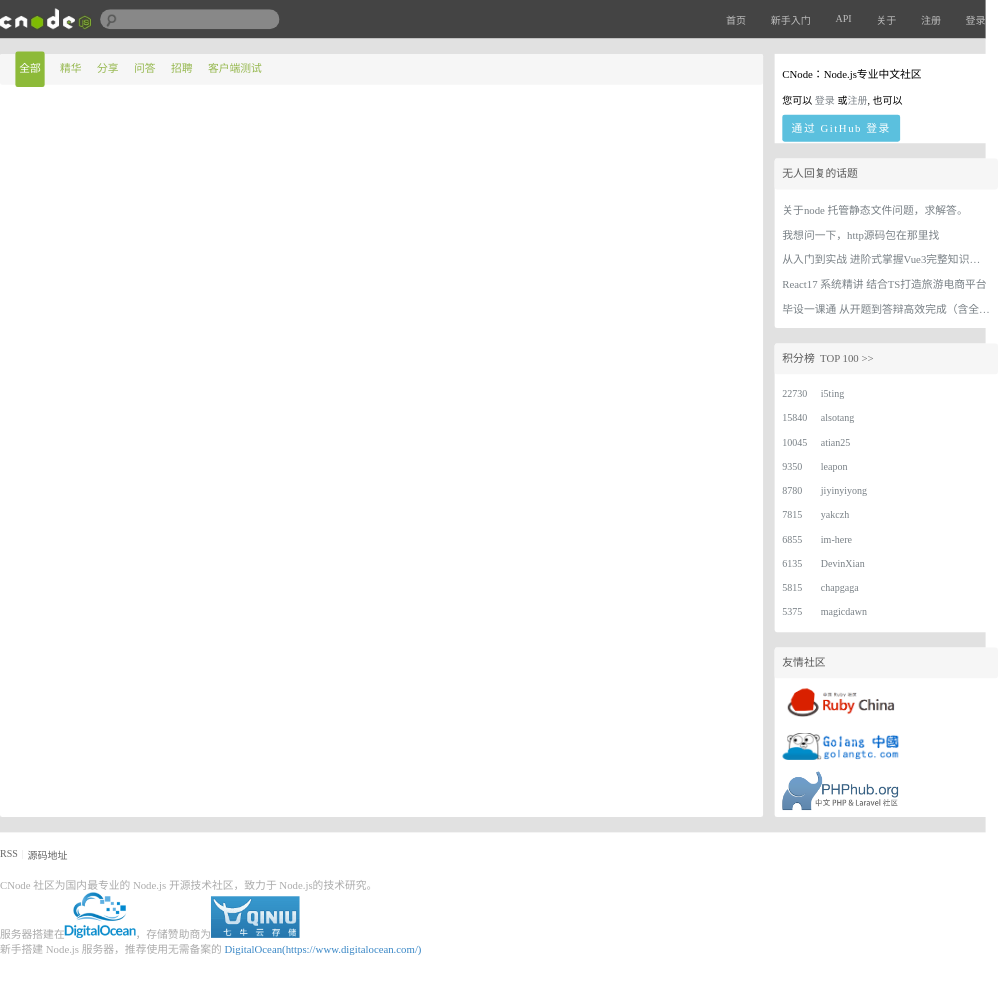
Repository: he-mengyao/pc-cnode-js
Page: /
The author's editor kept a copy of each file at every save. The page is drawn from the files as they stood at one save, then again after the next save.
The browser window is 1280 px wide. The page is 1296 px wide, so the pictures cover 1296 px, including what lies to the right of the window. The pictures show the whole page, at 77% of full size.
The page's requests for data from a server got no answer. The project was rebuilt for these pictures with package versions that can differ from the ones it lists, and the page was loaded fresh each time. No one was signed in, and anything a server would have sent is missing.

Above is the page before, as saved 2021-06-20 13:39:27.

After the next save:
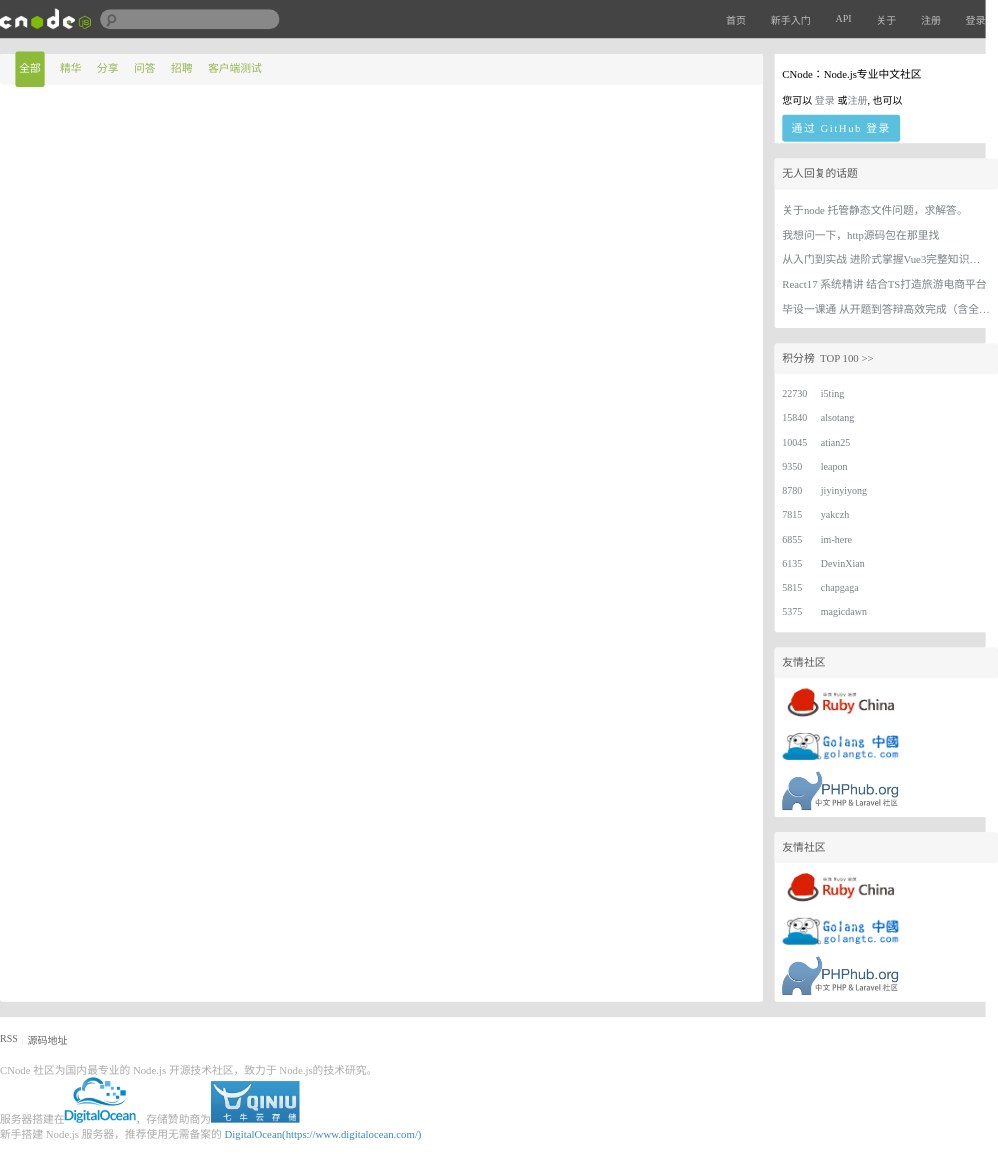
Saved 18 s later.
--- a/src/components/Fr/fr.vue
+++ b/src/components/Fr/fr.vue
@@ -37,6 +37,24 @@
         <div><span>6135 </span>DevinXian</div>
         <div><span>5815 </span>chapgaga</div>
         <div><span>5375 </span>magicdawn</div>
+      </div>
+    </div>
+    <div class="panel mr-20 bradius-3">
+      <div class="title">友情社区</div>
+      <div class="links flex col flex_a pd-10">
+        <div>
+          <img src="../../assets/images/ruby-china-20150529.png" alt="" />
+        </div>
+        <div>
+          <img
+            src="../../assets/images/golangtc-logo.png"
+            alt=""
+            class="img2"
+          />
+        </div>
+        <div>
+          <img src="../../assets/images/phphub-logo.png" alt="" />
+        </div>
       </div>
     </div>
     <div class="panel mr-20 bradius-3">
